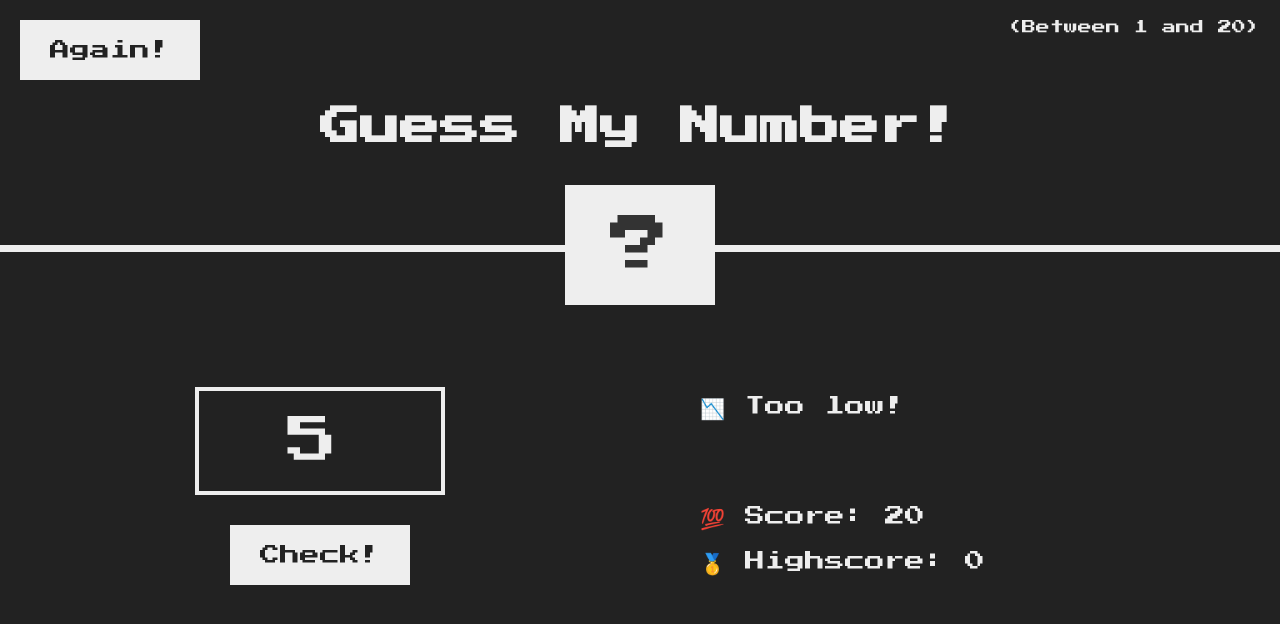
Repository: HoangLong0210/guess-a-number
Page: index.html
These files come from the project's save history. The page is drawn as it stood at one moment and after the next save; the edit follows.
The browser window is 1280 px wide. The pictures show the whole page.
Empty fields were first filled with sample values (such as "Sample", 5 or name@example.com).
After loading, the first visible `button.check` was clicked once.

Above is the page before, as saved 2022-06-21 11:23:57.

### index.html
<!DOCTYPE html>
<html lang="en">
  <head>
    <meta charset="UTF-8" />
    <meta name="viewport" content="width=device-width, initial-scale=1.0" />
    <meta http-equiv="X-UA-Compatible" content="ie=edge" />
    <link rel="stylesheet" href="style.css" />
    <title>Guess My Number!</title>
  </head>
  <body>
    <header>
      <h1>Guess My Number!</h1>
      <p class="between">(Between 1 and 20)</p>
      <button class="btn again">Again!</button>
      <div class="number">?</div>
    </header>
    <main>
      <section class="left">
        <input type="number" class="guess" />
        <button class="btn check">Check!</button>
      </section>
      <section class="right">
        <p class="message">Start guessing...</p>
        <p class="label-score">💯 Score: <span class="score">20</span></p>
        <p class="label-highscore">
          🥇 Highscore: <span class="highscore">0</span>
        </p>
      </section>
    </main>
    <script src="script.js"></script>
  </body>
</html>

### style.css
@import url('https://fonts.googleapis.com/css?family=Press+Start+2P&display=swap');

* {
  margin: 0;
  padding: 0;
  box-sizing: inherit;
}

html {
  font-size: 62.5%;
  box-sizing: border-box;
}

body {
  font-family: 'Press Start 2P', sans-serif;
  color: #eee;
  background-color: #222;
  /* background-color: #60b347; */
}

/* LAYOUT */
header {
  position: relative;
  height: 35vh;
  border-bottom: 7px solid #eee;
}

main {
  height: 65vh;
  color: #eee;
  display: flex;
  align-items: center;
  justify-content: space-around;
}

.left {
  width: 52rem;
  display: flex;
  flex-direction: column;
  align-items: center;
}

.right {
  width: 52rem;
  font-size: 2rem;
}

/* ELEMENTS STYLE */
h1 {
  font-size: 4rem;
  text-align: center;
  position: absolute;
  width: 100%;
  top: 52%;
  left: 50%;
  transform: translate(-50%, -50%);
}

.number {
  background: #eee;
  color: #333;
  font-size: 6rem;
  width: 15rem;
  padding: 3rem 0rem;
  text-align: center;
  position: absolute;
  bottom: 0;
  left: 50%;
  transform: translate(-50%, 50%);
}

.between {
  font-size: 1.4rem;
  position: absolute;
  top: 2rem;
  right: 2rem;
}

.again {
  position: absolute;
  top: 2rem;
  left: 2rem;
}

.guess {
  background: none;
  border: 4px solid #eee;
  font-family: inherit;
  color: inherit;
  font-size: 5rem;
  padding: 2.5rem;
  width: 25rem;
  text-align: center;
  display: block;
  margin-bottom: 3rem;
}

.btn {
  border: none;
  background-color: #eee;
  color: #222;
  font-size: 2rem;
  font-family: inherit;
  padding: 2rem 3rem;
  cursor: pointer;
}

.btn:hover {
  background-color: #ccc;
}

.message {
  margin-bottom: 8rem;
  height: 3rem;
}

.label-score {
  margin-bottom: 2rem;
}

### script.js
'use strict';

let secretNumber = Math.trunc(Math.random() * 20 + 1);
let score = 20;
let hightScore = 0;

document.querySelector('.check').addEventListener('click', function () {
  const guess = Number(document.querySelector('.guess').value);
  console.log(guess);
  if (!guess) {
    document.querySelector('.message').textContent =
      'No number. Please enter the number!';
  } else if (guess === secretNumber)
    document.querySelector('.message').textContent = 'Correct!!!';
  else if (guess !== secretNumber) {
    if (score > 1) {
      document.querySelector('.message').textContent =
        guess > secretNumber ? '📈 Too high!' : '📉 Too low!';
    }
  }
});

After the next save:
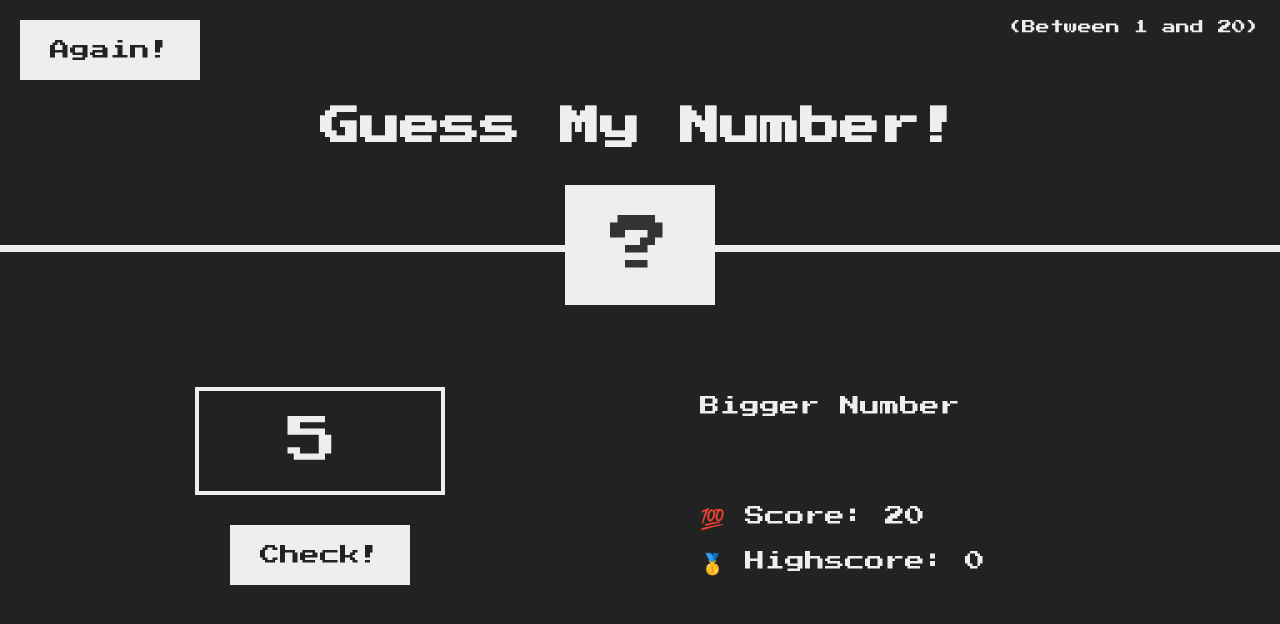
Saved 50 s later.
--- a/script.js
+++ b/script.js
@@ -15,7 +15,7 @@ document.querySelector('.check').addEventListener('click', function () {
   else if (guess !== secretNumber) {
     if (score > 1) {
       document.querySelector('.message').textContent =
-        guess > secretNumber ? '📈 Too high!' : '📉 Too low!';
+        guess > secretNumber ? 'Smaller Number' : 'Bigger Number';
     }
   }
 });
